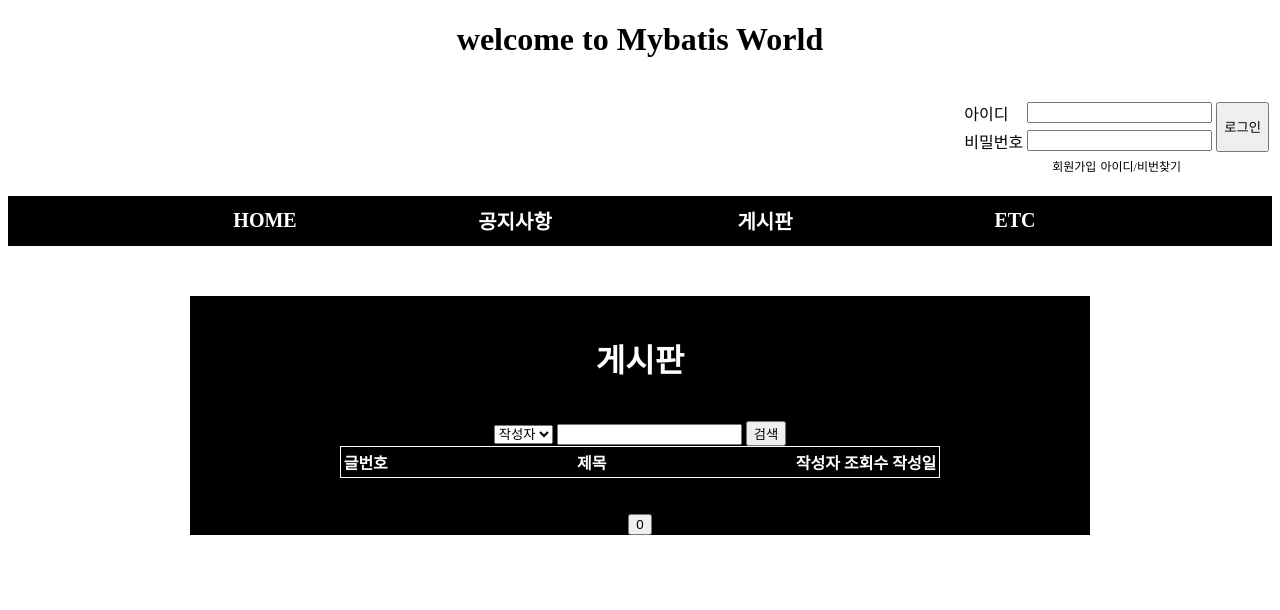
Repository: eru2/Study
Page: http://localhost/mybatisProject/views/board/boardListView.jsp
The author's editor kept a copy of each file at every save. The page is drawn from the files as they stood at one save, then again after the next save.
The browser window is 1280 px wide. The pictures show the whole page.
The page is served by Tomcat 10. The template is opened directly, without the code that normally fills it, so the values that code supplies are empty.

Above is the page before, as saved 2025-03-07 05:02:57.

After the next save:
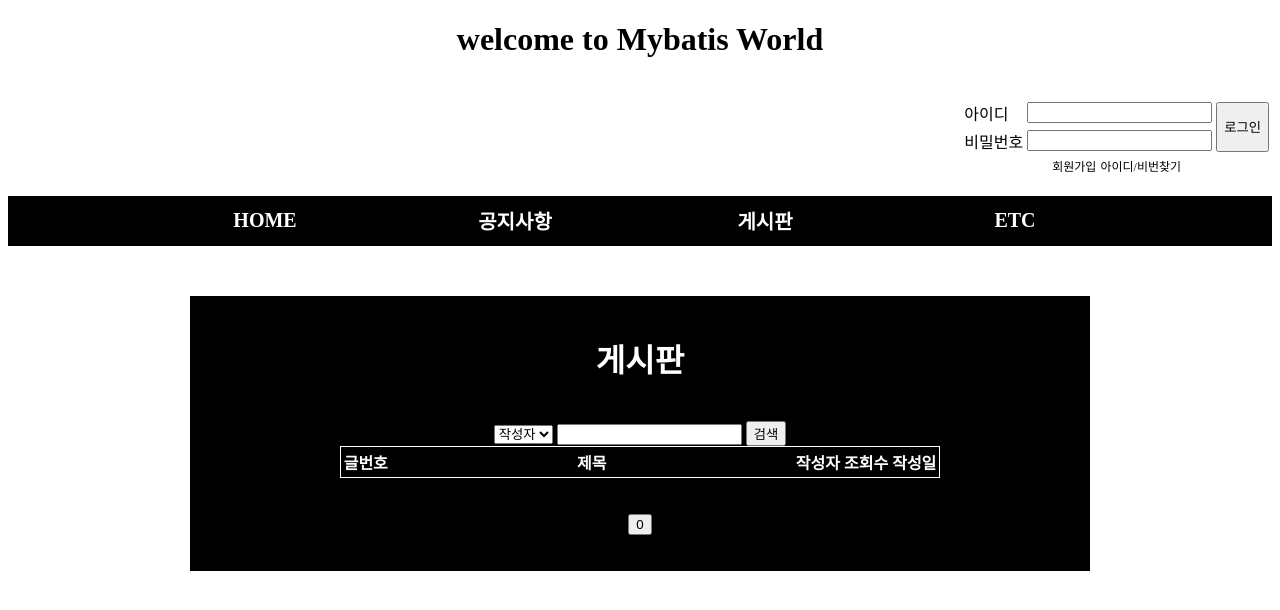
Saved 3 min 21 s later.
--- a/08_MyBatis/mybatisProject/src/main/webapp/views/board/boardListView.jsp
+++ b/08_MyBatis/mybatisProject/src/main/webapp/views/board/boardListView.jsp
@@ -62,7 +62,7 @@
         </table>
         <br><br>
 
-        <div align="center">
+     <div align="center">
         	<c:if test="${pi.currentPage > 1}">
 	            <button class="btn btn-sm btn-primary"
 	            		onclick="location.href='${pageContext.request.contextPath}/list.bo?cpage=${pi.currentPage - 1}'">
@@ -91,8 +91,7 @@
 	            </button>
             </c:if>
         </div>
+        <br><br>
     </div>
-
-
 </body>
 </html>
